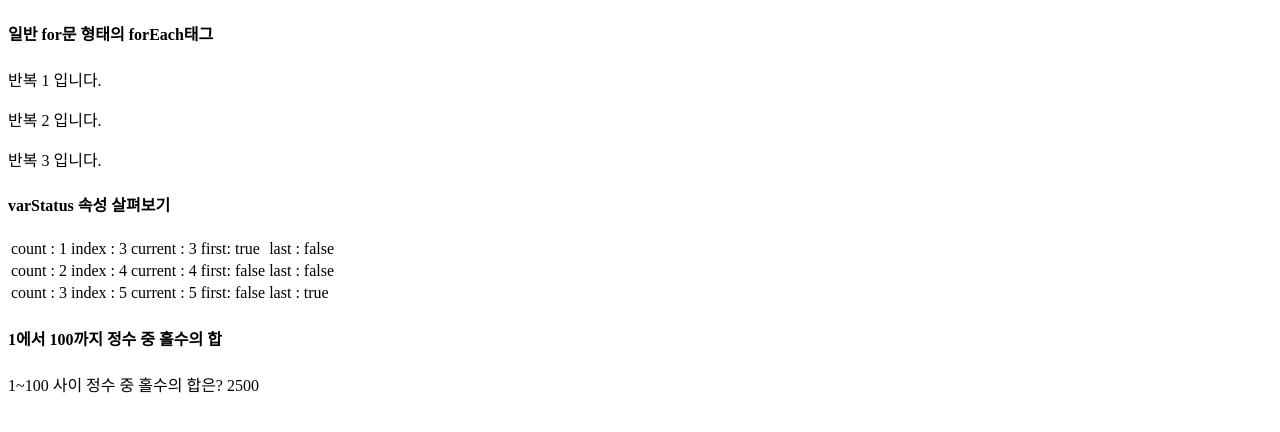
Repository: ssing365/JSPStudy
Page: http://localhost/JSPServlet/11JSTL/core/ForEachNormal.jsp
These files come from the project's save history. The page is drawn as it stood at one moment and after the next save; the edit follows.
The browser window is 1280 px wide. The pictures show the whole page.
The page is served by Tomcat 10. Other server files are loaded and not shown.

Above is the page before, as saved 2024-11-06 08:05:16.

### JSPServlet/src/main/webapp/11JSTL/core/ForEachNormal.jsp
<%@ page language="java" contentType="text/html; charset=UTF-8"
    pageEncoding="UTF-8"%>
<%@ taglib prefix="c" uri="jakarta.tags.core"%>
<!DOCTYPE html>
<html>
<head>
<meta charset="UTF-8">
<title>JSTL - forEach1</title>
</head>
<body>
	<!--
	forEach태그의 일반 for문 형태
		속성]
			begin : 반복문의 시작값
			end : 종료값
			step : 증가치(생략할 경우 1로 고정)
			var : 반복에 사용할 변수
	 -->
	<h4>일반 for문 형태의 forEach태그</h4>
	<c:forEach begin="1" end="3" step="1" var="i">
		<p>반복 ${i} 입니다.</p>
	</c:forEach>

	<h4>varStatus 속성 살펴보기</h4>
	<table>
	<c:forEach begin="3" end="5" var="i" varStatus="loop">
		<tr>
			<td>count : ${loop.count }</td>
			<td>index : ${loop.index }</td>
			<td>current : ${loop.current }</td>
			<td>first: ${loop.first }</td>
			<td>last : ${loop.last }</td>
		</tr>
	</c:forEach>
	</table>

	<h4>1에서 100까지 정수 중 홀수의 합</h4>
	<c:forEach begin="1" end="100" var="j">
		<c:if test="${j mod 2 ne 0 }">
			<c:set var="sum" value="${sum + j }"></c:set>
		</c:if>
	</c:forEach>
	1~100 사이 정수 중 홀수의 합은? ${sum}

</body>
</html>

After the next save:
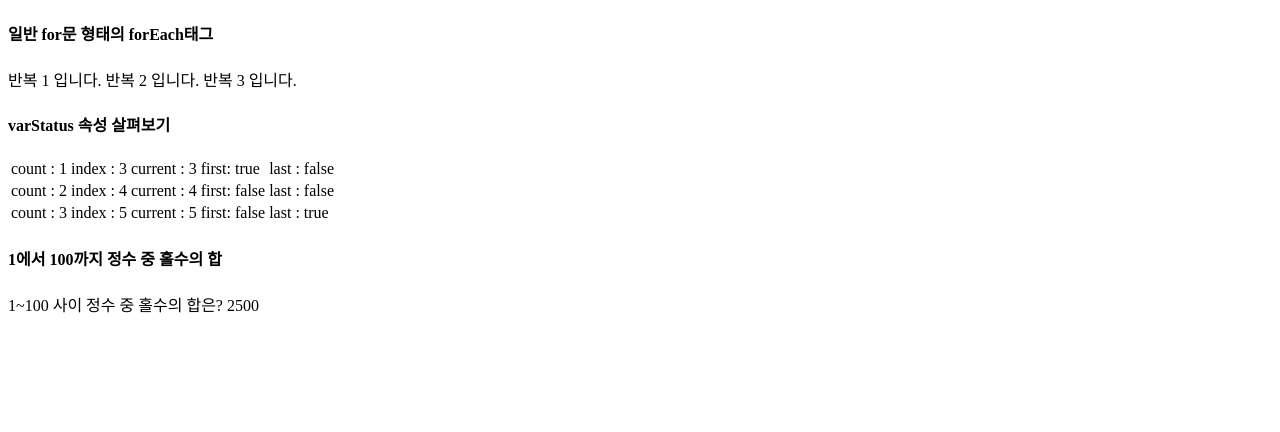
Saved 87 s later.
--- a/JSPServlet/src/main/webapp/11JSTL/core/ForEachNormal.jsp
+++ b/JSPServlet/src/main/webapp/11JSTL/core/ForEachNormal.jsp
@@ -18,7 +18,7 @@
 	 -->
 	<h4>일반 for문 형태의 forEach태그</h4>
 	<c:forEach begin="1" end="3" step="1" var="i">
-		<p>반복 ${i} 입니다.</p>
+		반복 ${i} 입니다.
 	</c:forEach>
 
 	<h4>varStatus 속성 살펴보기</h4>

After the save that followed:
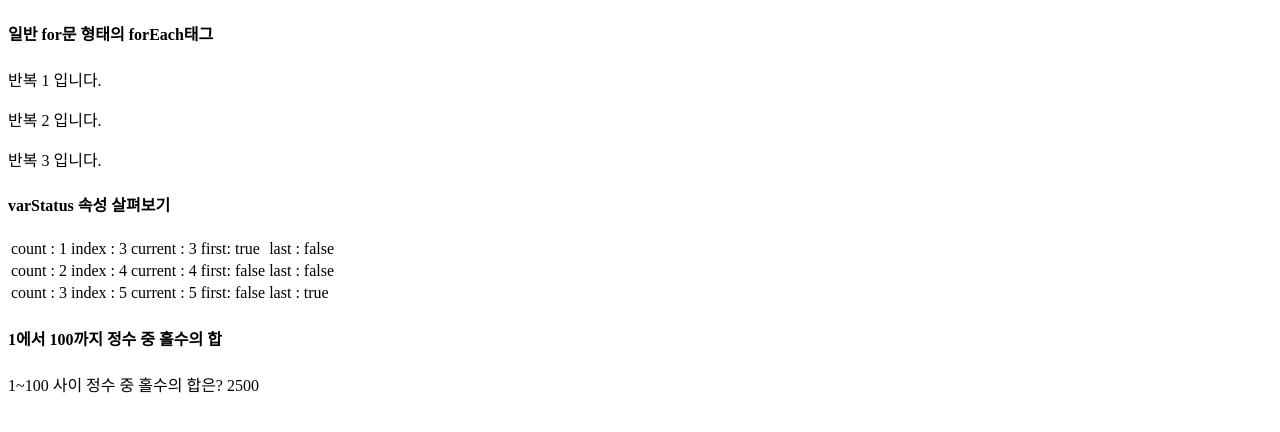
Saved 11 s later.
--- a/JSPServlet/src/main/webapp/11JSTL/core/ForEachNormal.jsp
+++ b/JSPServlet/src/main/webapp/11JSTL/core/ForEachNormal.jsp
@@ -18,7 +18,7 @@
 	 -->
 	<h4>일반 for문 형태의 forEach태그</h4>
 	<c:forEach begin="1" end="3" step="1" var="i">
-		반복 ${i} 입니다.
+		<p>반복 ${i} 입니다.</p>
 	</c:forEach>
 
 	<h4>varStatus 속성 살펴보기</h4>
